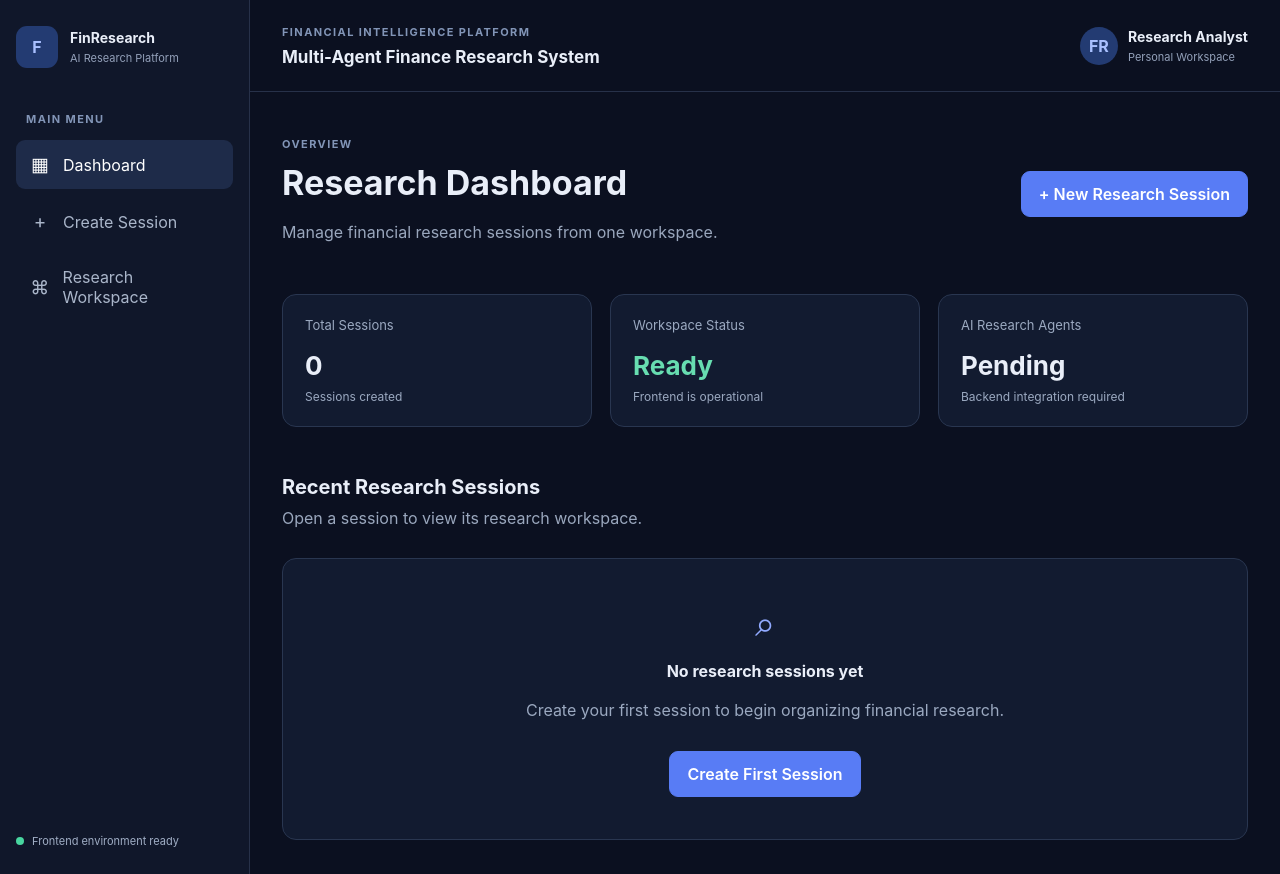
Repository: Divija538/multi-agent-financial-research-system
Page: /
The author's editor kept a copy of each file at every save. The page is drawn from the files as they stood at one save, then again after the next save.
The browser window is 1280 px wide. The pictures show the whole page.
The project was rebuilt for these pictures with package versions that can differ from the ones it lists, and the page was loaded fresh each time. Also part of the build but not shown: src/components/SessionCard.jsx, src/pages/CreateSession.jsx, src/pages/ResearchWorkspace.jsx.

Above is the page before, as saved 2026-10-15 16:24:54.

### index.html
<!doctype html>
<html lang="en">
  <head>
    <meta charset="UTF-8" />
    <meta name="viewport" content="width=device-width, initial-scale=1.0" />
    <title>Multi-Agent Finance Research System</title>
  </head>
  <body>
    <div id="root"></div>
    <script type="module" src="/src/main.jsx"></script>
  </body>
</html>

### src/main.jsx
import React from "react";
import { createRoot } from "react-dom/client";
import App from "./App.jsx";
import "./index.css";

const rootElement = document.getElementById("root");

if (!rootElement) {
  throw new Error('Root element "#root" not found in index.html');
}

createRoot(rootElement).render(
  <React.StrictMode>
    <App />
  </React.StrictMode>
);

### src/App.jsx
import React, { useState } from "react";
import Sidebar from "./components/Sidebar.jsx";
import Header from "./components/Header.jsx";
import Dashboard from "./pages/Dashboard.jsx";
import CreateSession from "./pages/CreateSession.jsx";
import ResearchWorkspace from "./pages/ResearchWorkspace.jsx";

export default function App() {
  const [page, setPage] = useState("Dashboard");
  const [sessions, setSessions] = useState([]);
  const [activeSession, setActiveSession] = useState(null);

  function handleCreateSession(sessionData) {
    const session = {
      ...sessionData,
      id: crypto.randomUUID(),
      createdAt: new Date().toLocaleString()
    };

    setSessions((previous) => [session, ...previous]);
    setActiveSession(session);
    setPage("Research Workspace");
  }

  return (
    <div className="app-layout">
      <Sidebar page={page} setPage={setPage} />

      <main className="main-content">
        <Header />

        {page === "Dashboard" && (
          <Dashboard
            sessions={sessions}
            setPage={setPage}
            setActiveSession={setActiveSession}
          />
        )}

        {page === "Create Session" && (
          <CreateSession onCreate={handleCreateSession} />
        )}

        {page === "Research Workspace" && (
          <ResearchWorkspace session={activeSession} />
        )}
      </main>
    </div>
  );
}

### src/index.css
:root {
  font-family: Inter, Arial, sans-serif;
  color: #e9eef8;
  background: #0b1020;
  font-synthesis: none;
  text-rendering: optimizeLegibility;
}

* {
  box-sizing: border-box;
}

body {
  margin: 0;
  min-width: 320px;
  min-height: 100vh;
}

button,
input,
textarea,
select {
  font: inherit;
}

button {
  cursor: pointer;
}

.app-layout {
  display: flex;
  min-height: 100vh;
}

.sidebar {
  width: 250px;
  flex-shrink: 0;
  padding: 26px 16px;
  background: #10172a;
  border-right: 1px solid #273149;
  display: flex;
  flex-direction: column;
}

.brand {
  display: flex;
  align-items: center;
  gap: 12px;
  margin-bottom: 44px;
}

.brand-icon,
.avatar,
.session-icon {
  display: grid;
  place-items: center;
  width: 42px;
  height: 42px;
  border-radius: 11px;
  background: #233b72;
  color: #a9c0ff;
  font-weight: 700;
}

.brand strong,
.profile strong {
  display: block;
  font-size: 14px;
}

.brand small,
.profile small {
  display: block;
  margin-top: 5px;
  color: #93a0b9;
  font-size: 11px;
}

.menu-label,
.eyebrow {
  color: #8295b7;
  font-size: 11px;
  letter-spacing: 1.4px;
  font-weight: 700;
}

.menu-label {
  margin: 0 10px 14px;
}

.sidebar-nav {
  display: grid;
  gap: 8px;
}

.nav-item {
  display: flex;
  align-items: center;
  gap: 12px;
  width: 100%;
  padding: 13px;
  text-align: left;
  color: #aab6ca;
  background: transparent;
  border: 0;
  border-radius: 9px;
}

.nav-item:hover,
.nav-item.active {
  background: #1e2b49;
  color: white;
}

.nav-icon {
  width: 22px;
  text-align: center;
  font-size: 19px;
}

.sidebar-footer {
  margin-top: auto;
  padding-top: 24px;
  color: #a0aec5;
  font-size: 11px;
}

.status-dot {
  display: inline-block;
  width: 8px;
  height: 8px;
  margin-right: 8px;
  border-radius: 50%;
  background: #48d6a0;
}

.main-content {
  flex: 1;
  min-width: 0;
}

.top-header {
  min-height: 92px;
  padding: 20px 32px;
  border-bottom: 1px solid #273149;
  display: flex;
  align-items: center;
  justify-content: space-between;
  gap: 20px;
}

.top-header .eyebrow {
  margin: 0 0 8px;
}

.top-header h2 {
  margin: 0;
  font-size: 17px;
}

.profile {
  display: flex;
  align-items: center;
  gap: 10px;
}

.avatar {
  width: 38px;
  height: 38px;
  border-radius: 50%;
}

.page {
  max-width: 1400px;
  margin: auto;
  padding: 34px 32px;
}

h1 {
  margin: 8px 0;
  font-size: clamp(26px, 3vw, 34px);
}

h2 {
  font-size: 20px;
}

h3 {
  font-size: 16px;
}

.muted {
  color: #9aa7bd;
  line-height: 1.7;
}

.welcome-row,
.section-heading {
  display: flex;
  align-items: center;
  justify-content: space-between;
  gap: 20px;
}

.primary-button,
.secondary-button {
  padding: 12px 17px;
  border-radius: 9px;
  font-weight: 600;
}

.primary-button {
  color: white;
  background: #587cf5;
  border: 1px solid #587cf5;
}

.primary-button:hover {
  background: #7090ff;
}

.secondary-button {
  color: #d5def0;
  background: #202b40;
  border: 1px solid #35425b;
}

.stats-grid {
  display: grid;
  grid-template-columns: repeat(3, minmax(0, 1fr));
  gap: 18px;
  margin: 32px 0 42px;
}

.stat-card,
.session-card,
.form-card,
.research-panel,
.empty-state {
  background: #121b30;
  border: 1px solid #293650;
  border-radius: 14px;
}

.stat-card {
  padding: 22px;
}

.stat-card > span,
.stat-card small {
  display: block;
  color: #9ba9c0;
  font-size: 13px;
}

.stat-card strong {
  display: block;
  margin: 17px 0 8px;
  font-size: 26px;
}

.stat-card small {
  font-size: 12px;
}

.success-text {
  color: #67ddb0 !important;
}

.pending-text {
  color: #e9bd72 !important;
}

.section-heading {
  margin-bottom: 20px;
}

.section-heading h2,
.section-heading p {
  margin: 6px 0;
}

.empty-state {
  padding: 42px 20px;
  text-align: center;
}

.empty-icon {
  color: #91aaff;
  font-size: 36px;
}

.empty-state p {
  color: #9ba9c0;
  line-height: 1.7;
}

.empty-state .primary-button {
  margin-top: 10px;
}

.sessions-grid {
  display: grid;
  grid-template-columns: repeat(2, minmax(0, 1fr));
  gap: 18px;
}

.session-card {
  min-width: 0;
  padding: 20px;
}

.session-card-top,
.session-details,
.workspace-heading {
  display: flex;
  align-items: center;
  justify-content: space-between;
  gap: 12px;
}

.status-badge {
  padding: 5px 10px;
  border-radius: 20px;
  color: #7be0b7;
  background: #17382f;
  font-size: 11px;
}

.session-card h3 {
  overflow-wrap: anywhere;
}

.session-description {
  min-height: 40px;
  color: #9ba9c0;
  font-size: 13px;
  line-height: 1.6;
}

.session-details {
  align-items: flex-start;
  flex-wrap: wrap;
  margin-top: 18px;
  color: #9ba9c0;
  font-size: 11px;
}

.text-button {
  margin-top: 18px;
  padding: 0;
  color: #91aaff;
  background: none;
  border: 0;
  font-weight: 600;
}

.form-card {
  display: grid;
  gap: 12px;
  max-width: 720px;
  margin-top: 28px;
  padding: 26px;
}

.form-card label {
  margin-top: 8px;
  color: #cbd5e6;
  font-size: 13px;
}

.form-card input,
.form-card textarea,
.form-card select {
  width: 100%;
  padding: 13px;
  color: #edf2ff;
  background: #0b1223;
  border: 1px solid #35425b;
  border-radius: 8px;
  outline: none;
}

.form-card select option {
  background: #121b30;
}

.form-card input:focus,
.form-card textarea:focus,
.form-card select:focus {
  border-color: #7794ff;
}

.form-card textarea {
  resize: vertical;
}

.form-actions {
  display: flex;
  justify-content: flex-end;
  flex-wrap: wrap;
  gap: 12px;
  margin-top: 14px;
}

.research-panel {
  margin-top: 26px;
  padding: 26px;
}

.workspace-heading {
  margin-bottom: 26px;
}

.workspace-heading h2 {
  margin-bottom: 0;
}

.detail-grid {
  display: grid;
  grid-template-columns: repeat(3, minmax(0, 1fr));
  gap: 14px;
}

.detail-item {
  padding: 16px;
  background: #0c1427;
  border: 1px solid #293650;
  border-radius: 10px;
  min-width: 0;
}

.detail-item span,
.detail-item strong {
  display: block;
}

.detail-item span {
  margin-bottom: 10px;
  color: #9ba9c0;
  font-size: 12px;
}

.detail-item strong {
  font-size: 13px;
  overflow-wrap: anywhere;
}

.objective-panel,
.agent-panel {
  margin-top: 24px;
  padding: 20px;
  background: #0c1427;
  border: 1px solid #293650;
  border-radius: 10px;
}

.objective-panel p,
.pipeline-step p {
  color: #9ba9c0;
  font-size: 13px;
  line-height: 1.7;
}

.pipeline-step {
  display: flex;
  align-items: center;
  gap: 14px;
  padding: 16px 0;
  border-bottom: 1px solid #273149;
}

.pipeline-step:last-child {
  border-bottom: 0;
}

.pipeline-number {
  display: grid;
  place-items: center;
  flex-shrink: 0;
  width: 32px;
  height: 32px;
  color: #a9c0ff;
  background: #233b72;
  border-radius: 50%;
}

.pipeline-step > div {
  flex: 1;
  min-width: 0;
}

.pipeline-step p {
  margin-bottom: 0;
}

.pipeline-step > span:last-child {
  font-size: 12px;
}

@media (max-width: 900px) {
  .sidebar {
    width: 210px;
  }

  .page,
  .top-header {
    padding: 24px 18px;
  }

  .detail-grid {
    grid-template-columns: 1fr;
  }
}

@media (max-width: 650px) {
  .app-layout {
    display: block;
  }

  .sidebar {
    width: 100%;
    padding: 16px;
  }

  .brand {
    margin-bottom: 22px;
  }

  .sidebar-footer {
    margin-top: 20px;
  }

  .top-header,
  .welcome-row {
    align-items: flex-start;
    flex-direction: column;
  }

  .stats-grid,
  .sessions-grid {
    grid-template-columns: 1fr;
  }

  .form-card,
  .research-panel {
    padding: 18px;
  }

  .pipeline-step {
    align-items: flex-start;
    flex-wrap: wrap;
  }

  .pipeline-step > div {
    flex-basis: 65%;
  }
}

### src/components/Sidebar.jsx
const menuItems = [
  { name: "Dashboard", icon: "▦" },
  { name: "Create Session", icon: "+" },
  { name: "Research Workspace", icon: "⌘" }
];

export default function Sidebar({ page, setPage }) {
  return (
    <aside className="sidebar">
      <div className="brand">
        <div className="brand-icon">F</div>
        <div>
          <strong>FinResearch</strong>
          <small>AI Research Platform</small>
        </div>
      </div>

      <p className="menu-label">MAIN MENU</p>

      <nav className="sidebar-nav">
        {menuItems.map((item) => (
          <button
            key={item.name}
            className={`nav-item ${
              page === item.name ? "active" : ""
            }`}
            onClick={() => setPage(item.name)}
          >
            <span className="nav-icon">{item.icon}</span>
            <span>{item.name}</span>
          </button>
        ))}
      </nav>

      <div className="sidebar-footer">
        <span className="status-dot"></span>
        Frontend environment ready
      </div>
    </aside>
  );
}

### src/components/Header.jsx
export default function Header() {
  return (
    <header className="top-header">
      <div>
        <p className="eyebrow">FINANCIAL INTELLIGENCE PLATFORM</p>
        <h2>Multi-Agent Finance Research System</h2>
      </div>

      <div className="profile">
        <div className="avatar">FR</div>
        <div>
          <strong>Research Analyst</strong>
          <small>Personal Workspace</small>
        </div>
      </div>
    </header>
  );
}

### src/pages/Dashboard.jsx
import SessionCard from "../components/SessionCard.jsx";

export default function Dashboard({
  sessions,
  setPage,
  setActiveSession
}) {
  return (
    <section className="page">
      <div className="welcome-row">
        <div>
          <p className="eyebrow">OVERVIEW</p>
          <h1>Research Dashboard</h1>
          <p className="muted">
            Manage financial research sessions from one workspace.
          </p>
        </div>

        <button
          className="primary-button"
          onClick={() => setPage("Create Session")}
        >
          + New Research Session
        </button>
      </div>

      <div className="stats-grid">
        <div className="stat-card">
          <span>Total Sessions</span>
          <strong>{sessions.length}</strong>
          <small>Sessions created</small>
        </div>

        <div className="stat-card">
          <span>Workspace Status</span>
          <strong className="success-text">Ready</strong>
          <small>Frontend is operational</small>
        </div>

        <div className="stat-card">
          <span>AI Research Agents</span>
          <strong>Pending</strong>
          <small>Backend integration required</small>
        </div>
      </div>

      <div className="section-heading">
        <div>
          <h2>Recent Research Sessions</h2>
          <p className="muted">
            Open a session to view its research workspace.
          </p>
        </div>
      </div>

      {sessions.length === 0 ? (
        <div className="empty-state">
          <div className="empty-icon">⌕</div>
          <h3>No research sessions yet</h3>
          <p>
            Create your first session to begin organizing financial research.
          </p>

          <button
            className="primary-button"
            onClick={() => setPage("Create Session")}
          >
            Create First Session
          </button>
        </div>
      ) : (
        <div className="sessions-grid">
          {sessions.map((session) => (
            <SessionCard
              key={session.id}
              session={session}
              onOpen={() => {
                setActiveSession(session);
                setPage("Research Workspace");
              }}
            />
          ))}
        </div>
      )}
    </section>
  );
}

After the next save:
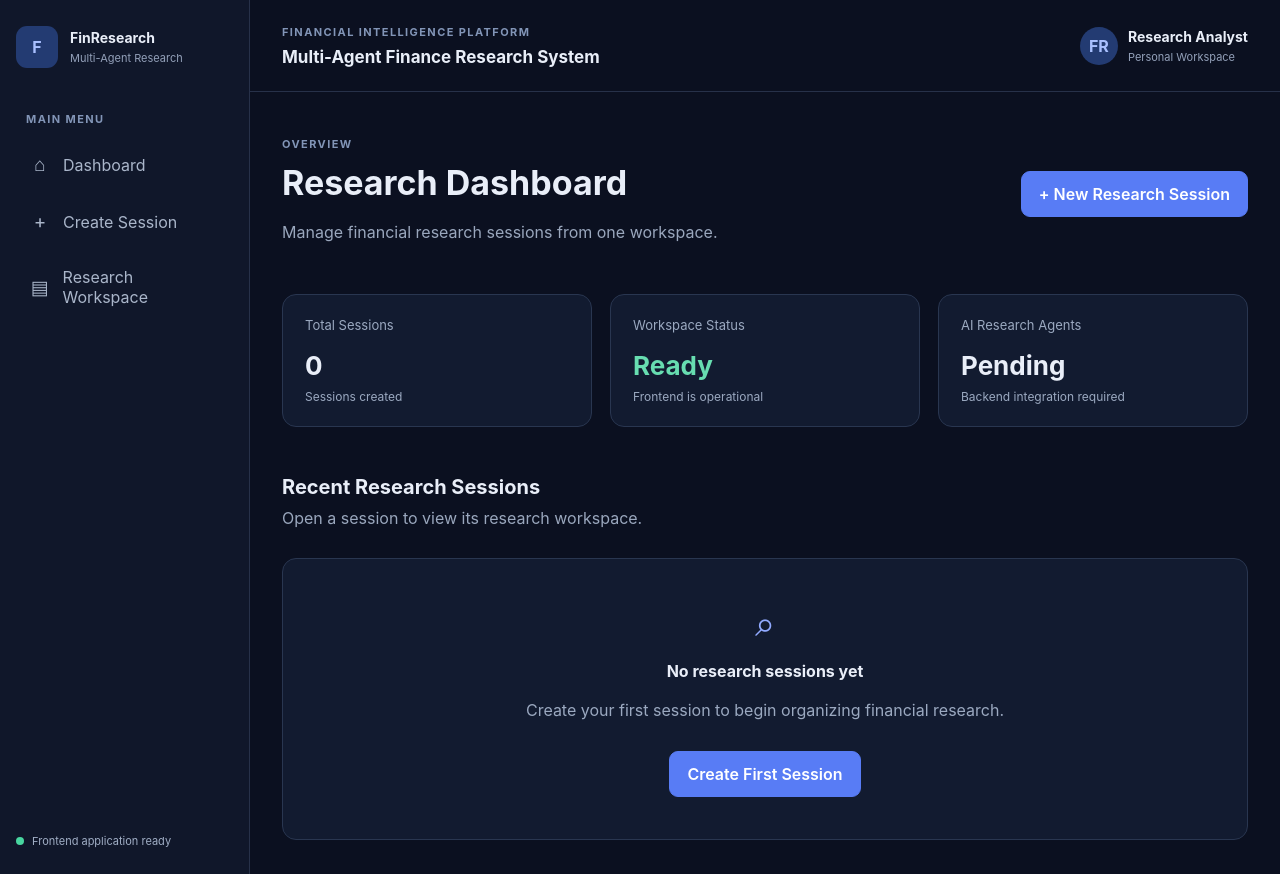
Saved 3 min 4 s later.
--- a/src/components/Sidebar.jsx
+++ b/src/components/Sidebar.jsx
@@ -1,17 +1,19 @@
+import React from "react";
+
 const menuItems = [
-  { name: "Dashboard", icon: "▦" },
-  { name: "Create Session", icon: "+" },
-  { name: "Research Workspace", icon: "⌘" }
+  { label: "Dashboard", icon: "⌂" },
+  { label: "Create Session", icon: "+" },
+  { label: "Research Workspace", icon: "▤" }
 ];
 
-export default function Sidebar({ page, setPage }) {
+export default function Sidebar({ activePage, setPage }) {
   return (
     <aside className="sidebar">
       <div className="brand">
         <div className="brand-icon">F</div>
         <div>
           <strong>FinResearch</strong>
-          <small>AI Research Platform</small>
+          <small>Multi-Agent Research</small>
         </div>
       </div>
 
@@ -20,21 +22,22 @@ export default function Sidebar({ page, setPage }) {
       <nav className="sidebar-nav">
         {menuItems.map((item) => (
           <button
-            key={item.name}
+            key={item.label}
+            type="button"
             className={`nav-item ${
-              page === item.name ? "active" : ""
+              activePage === item.label ? "active" : ""
             }`}
-            onClick={() => setPage(item.name)}
+            onClick={() => setPage(item.label)}
           >
             <span className="nav-icon">{item.icon}</span>
-            <span>{item.name}</span>
+            <span>{item.label}</span>
           </button>
         ))}
       </nav>
 
       <div className="sidebar-footer">
-        <span className="status-dot"></span>
-        Frontend environment ready
+        <span className="status-dot" />
+        Frontend application ready
       </div>
     </aside>
   );
